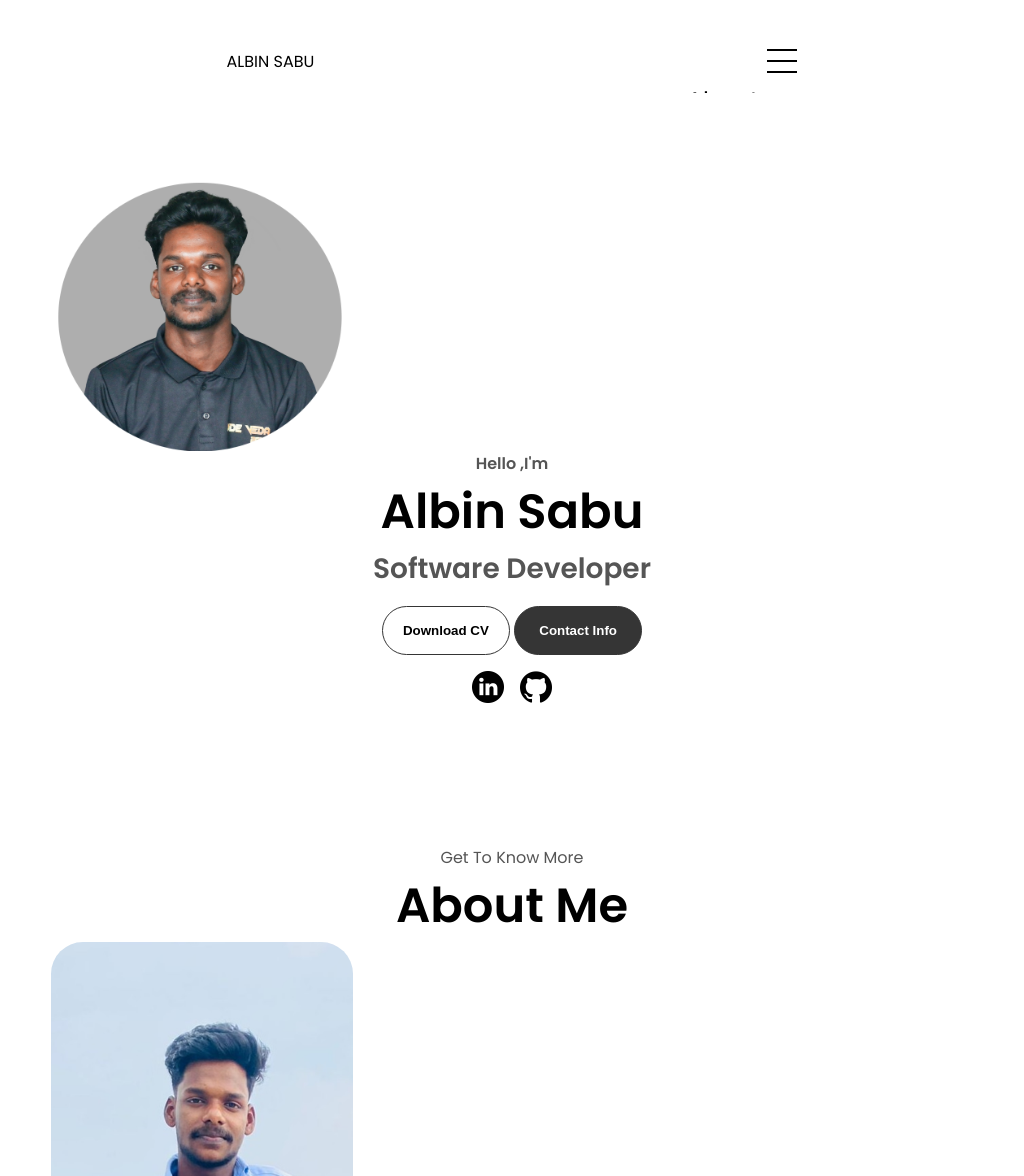
Repository: albinsabu2023/albinsabu
Page: index.html
An editor plug-in stored every save of this project. The page is shown before and after the next save, followed by the edit.
The browser window is 1024 px wide. The pictures show the part of the page from y = 0 to 1176 px (the page is 3503 px tall before and 3278 px after).
A picture or video elsewhere on the page could not be fetched, so the positions and the page height are approximate.

Above is the page before, as saved 2023-08-30 14:13:16.

After the next save:
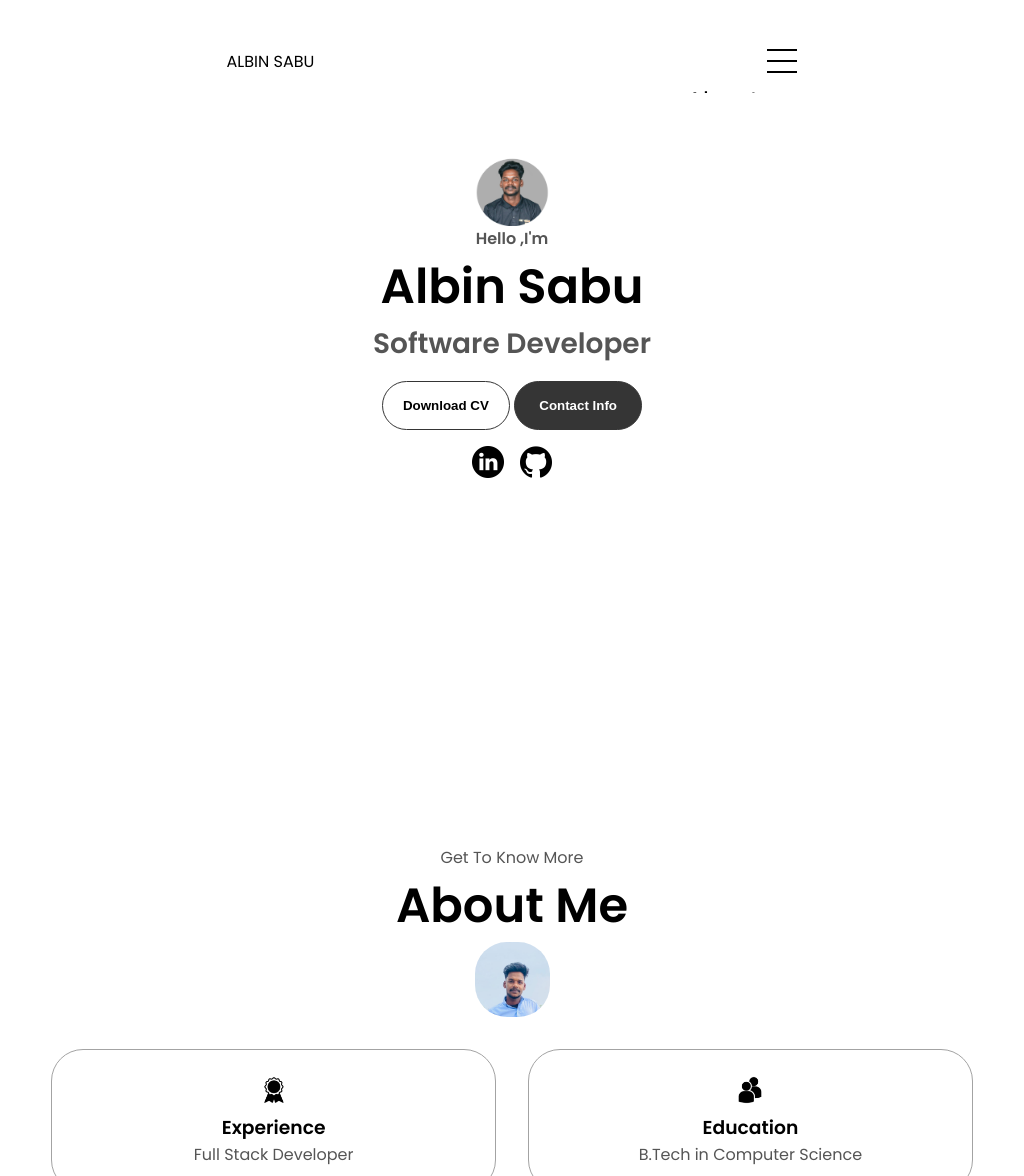
Saved 88 s later.
--- a/mediaqueries.css
+++ b/mediaqueries.css
@@ -32,4 +32,10 @@
         margin: 0 5%;
     }
 
+    .section__pic-container{
+        width: 75px;
+        height: 75px;
+        margin: 0 auto;
+    }
+
 }
